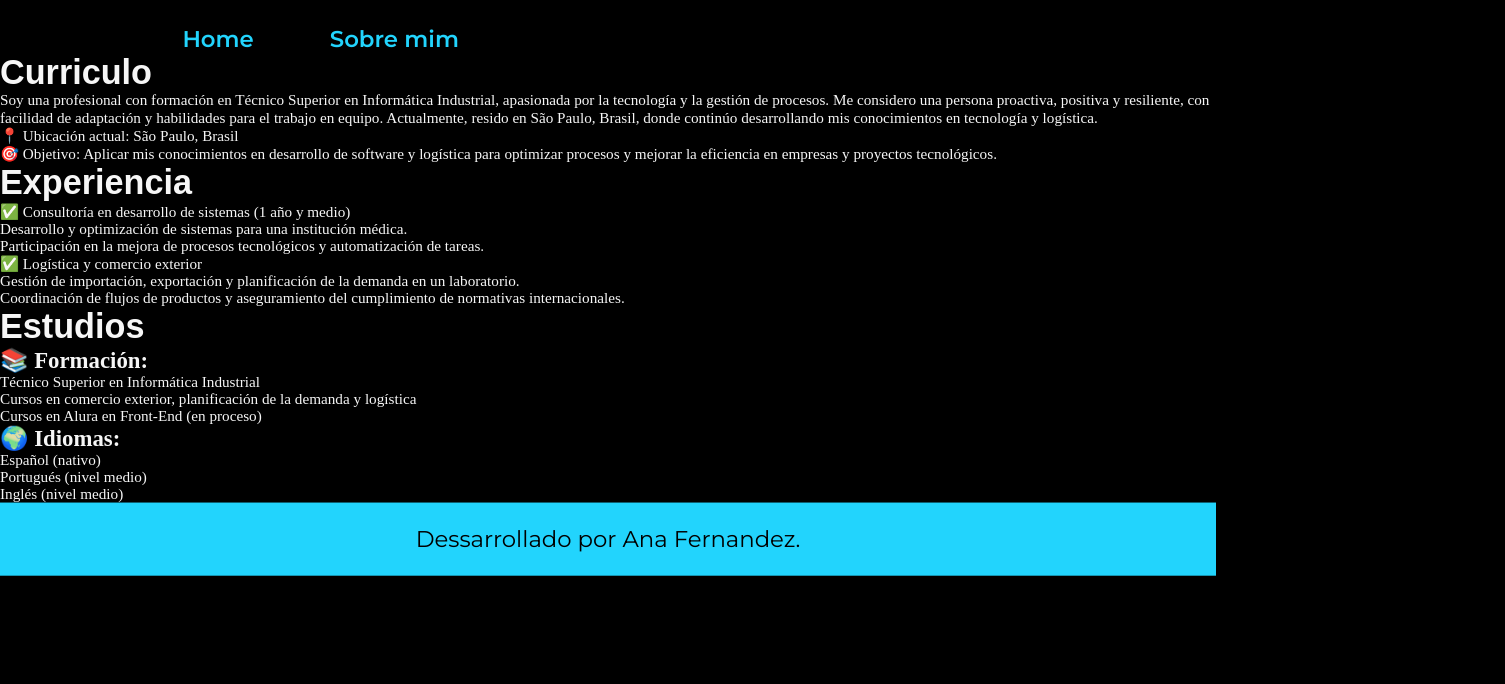
Repository: AnaFzCz/Portifolio-HTML-CSS-dinamico
Page: about.html
These files come from the project's save history. The page is drawn as it stood at one moment and after the next save; the edit follows.
The browser window is 1280 px wide. The page is 1280 px wide, then 1584 px, then 1280 px, so the pictures cover 1584 px, including what lies to the right of the window. The pictures show the whole page, at 95% of full size.
Some web fonts or font styles are not loaded; a fallback is used.

Above is the page before, as saved 2025-02-10 10:06:32.

After the next save:
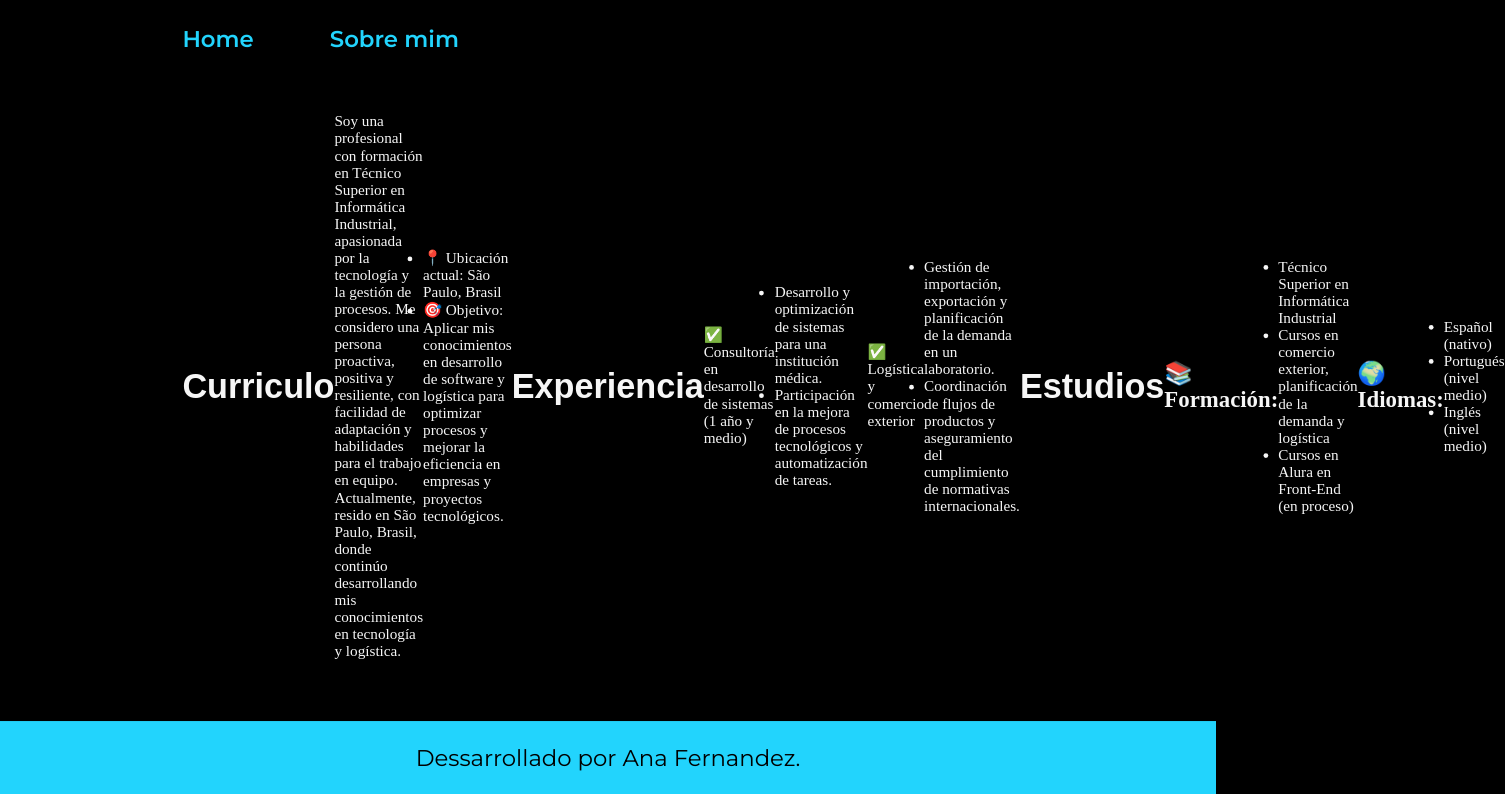
Saved 23 s later.
--- a/about.html
+++ b/about.html
@@ -18,7 +18,7 @@
     </header>
     <main>
 
-        <div>
+        <div class="apresentacao">
 
             <h1 class="apresentacao__conteudo__titulo">Curriculo</h1>
             <p>Soy una profesional con formación en Técnico Superior en Informática Industrial, apasionada por la

After the save that followed:
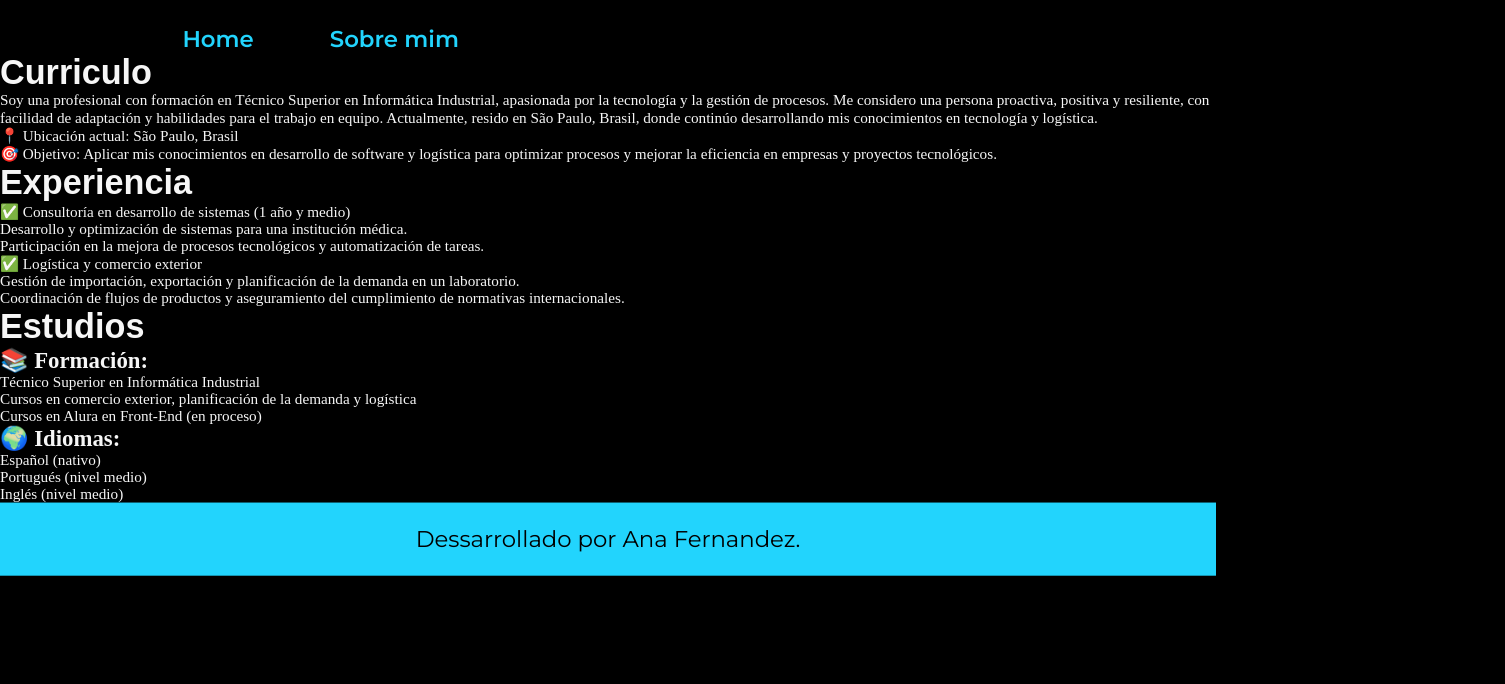
Saved 13 s later.
--- a/about.html
+++ b/about.html
@@ -18,7 +18,7 @@
     </header>
     <main>
 
-        <div class="apresentacao">
+        <div class="">
 
             <h1 class="apresentacao__conteudo__titulo">Curriculo</h1>
             <p>Soy una profesional con formación en Técnico Superior en Informática Industrial, apasionada por la
